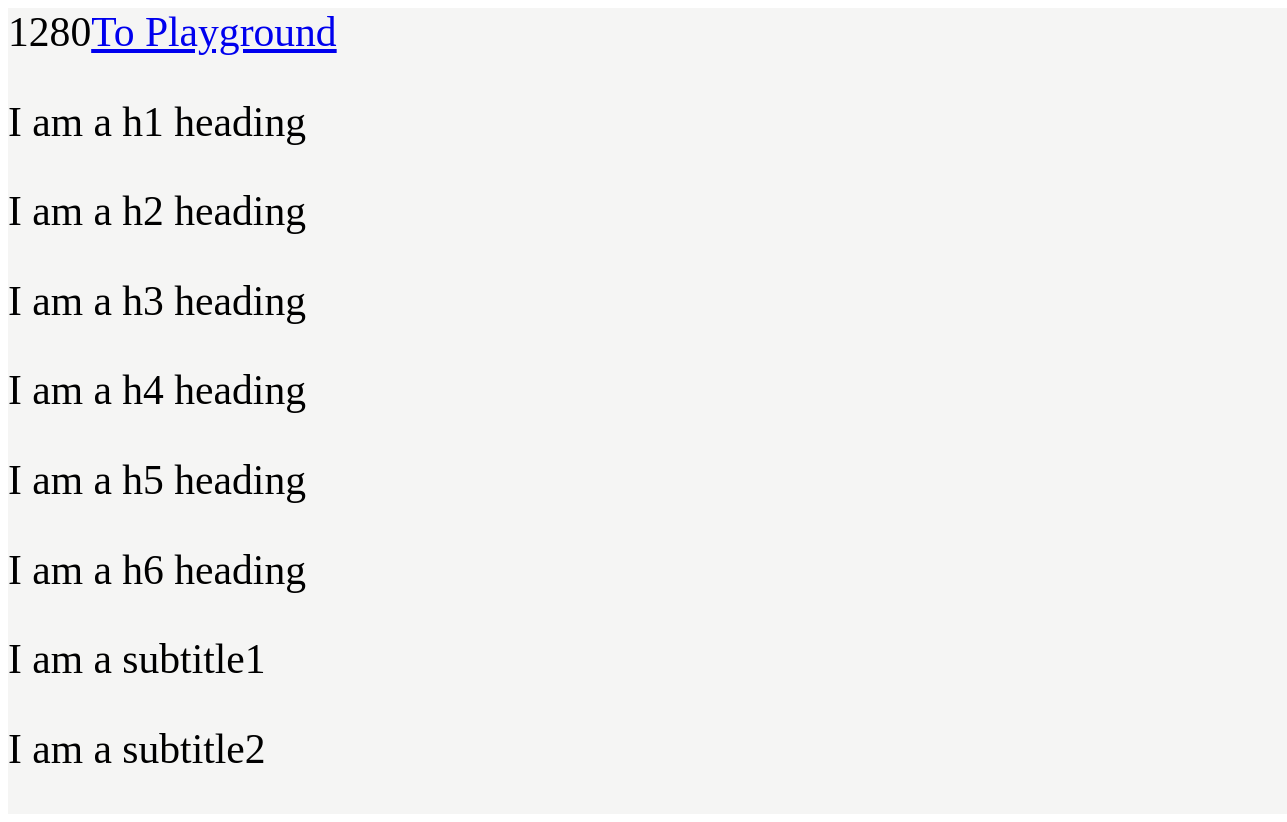
Repository: Terrycoco/coco-playground-starter
Page: /
An editor plug-in stored every save of this project. The page is shown before and after the next save, followed by the edit.
The browser window is 1280 px wide. The page is 1287 px wide, so the pictures cover 1287 px, including what lies to the right of the window. The pictures show the whole page.
Some web fonts or font styles are not loaded; a fallback is used. The project was rebuilt for these pictures with package versions that can differ from the ones it lists, and the page was loaded fresh each time. The framework's server and built-in components were replaced by stand-ins that run in the browser. Also part of the build but not shown: next.config.js, src/dev/components/dropdowns/ColorDropdown.js, src/dev/components/dropdowns/FontDropdown.js, src/dev/components/dropdowns/Dropdown.js.

Above is the page before, as saved 2023-02-16 13:59:30.

### src/pages/_app.js
import "@/styles/globals.css";
import Head from "next/head";
import { ThemeProvider, ViewportProvider } from "@/context";
import "../libraries/fontawesome";
import { fontVariables } from "@/utils/fonts";
import CSSVariables from "@/styles/CSSVariables";

export default function App({ Component, pageProps }) {
  return (
    <div className={fontVariables}>
      <ViewportProvider>
        <ThemeProvider key="themeprovider">
          <CSSVariables>
            <Head>
              <meta
                name="viewport"
                content="width=device-width, initial-scale=1.0"
              />
            </Head>

            <Component {...pageProps} />
          </CSSVariables>
        </ThemeProvider>
      </ViewportProvider>
    </div>
  );
}

### src/pages/index.js
import Head from "next/head";
import Image from "next/image";
import { Inter } from "@next/font/google";
import Link from "next/link";
import Page from "@/components/layout/Page";
//import styles from "@/styles/Home.module.css";

import { ColorDropdown } from "@/dev/components/dropdowns";

const inter = Inter({ subsets: ["latin"] });

export default function Home() {
  return (
    <>
      <Head>
        <title>Create Next App</title>
        <meta name="description" content="Generated by create next app" />
        <meta name="viewport" content="width=device-width, initial-scale=1" />
        <link rel="icon" href="/favicon.ico" />
      </Head>
      <main>
        <Page>
          <Link
            type="button"
            className="inline-block px-6 py-2.5 bg-blue-600 text-white font-medium text-xs leading-tight uppercase rounded shadow-md hover:bg-blue-700 hover:shadow-lg focus:bg-blue-700 focus:shadow-lg focus:outline-none focus:ring-0 active:bg-blue-800 active:shadow-lg transition duration-150 ease-in-out"
            href="/playground"
          >
            To Playground
          </Link>
          <section style={{ maxWidth: "600px" }}>
            <p key={Math.random()} elem="h1">
              I am a h1 heading
            </p>

            <p key={Math.random()} elem="h2">
              I am a h2 heading
            </p>
            <p key={Math.random()} elem="h3">
              I am a h3 heading
            </p>
            <p key={Math.random()} elem="h4">
              I am a h4 heading
            </p>

            <p key={Math.random()} elem="h5">
              I am a h5 heading
            </p>
            <p key={Math.random()} elem="h6">
              I am a h6 heading
            </p>
            <p key={Math.random()} elem="subtitle1">
              I am a subtitle1
            </p>
            <p key={Math.random()} elem="subtitle2">
              I am a subtitle2
            </p>
          </section>
        </Page>
      </main>
    </>
  );
}

### src/styles/globals.css
:root {
  --lg-mobile: 640px;
  --tablet: 768px;
  --laptop: 1028px;
  --desktop: 1280px;
  --tv: 1536px;

  font-size: clamp(1rem, 2vw + 1rem, 3rem);
}

/* @media screen and (min-width: 640px) {
  :root {
    font-size: clamp(0px, 1vw, 122px);
  }
}

@media screen and (min-width: 768px) {
  html {
    font-size: calc(1.8 * var(--base));
  }
}
@media screen and (min-width: 1028px) {
  html {
    font-size: calc(1.9 * var(--base));
  }
}
@media screen and (min-width: 1280px) {
  html {
    font-size: calc(2 * var(--base));
  }
}

@media screen and (min-width: 1536px) {
  html {
    font-size: calc(2.1 * var(--base));
  }
} */

/* :root {
  --max-width: 1100px;
  --border-radius: 12px;
  --font-mono: ui-monospace, Menlo, Monaco, "Cascadia Mono", "Segoe UI Mono",
    "Roboto Mono", "Oxygen Mono", "Ubuntu Monospace", "Source Code Pro",
    "Fira Mono", "Droid Sans Mono", "Courier New", monospace;

  --foreground-rgb: 0, 0, 0;
  --background-start-rgb: 214, 219, 220;
  --background-end-rgb: 255, 255, 255;

  --primary-glow: conic-gradient(
    from 180deg at 50% 50%,
    #16abff33 0deg,
    #0885ff33 55deg,
    #54d6ff33 120deg,
    #0071ff33 160deg,
    transparent 360deg
  );
  --secondary-glow: radial-gradient(
    rgba(255, 255, 255, 1),
    rgba(255, 255, 255, 0)
  );

  --tile-start-rgb: 239, 245, 249;
  --tile-end-rgb: 228, 232, 233;
  --tile-border: conic-gradient(
    #00000080,
    #00000040,
    #00000030,
    #00000020,
    #00000010,
    #00000010,
    #00000080
  );

  --callout-rgb: 238, 240, 241;
  --callout-border-rgb: 172, 175, 176;
  --card-rgb: 180, 185, 188;
  --card-border-rgb: 131, 134, 135;
}

@media (prefers-color-scheme: dark) {
  :root {
    --foreground-rgb: 255, 255, 255;
    --background-start-rgb: 0, 0, 0;
    --background-end-rgb: 0, 0, 0;

    --primary-glow: radial-gradient(rgba(1, 65, 255, 0.4), rgba(1, 65, 255, 0));
    --secondary-glow: linear-gradient(
      to bottom right,
      rgba(1, 65, 255, 0),
      rgba(1, 65, 255, 0),
      rgba(1, 65, 255, 0.3)
    );

    --tile-start-rgb: 2, 13, 46;
    --tile-end-rgb: 2, 5, 19;
    --tile-border: conic-gradient(
      #ffffff80,
      #ffffff40,
      #ffffff30,
      #ffffff20,
      #ffffff10,
      #ffffff10,
      #ffffff80
    );

    --callout-rgb: 20, 20, 20;
    --callout-border-rgb: 108, 108, 108;
    --card-rgb: 100, 100, 100;
    --card-border-rgb: 200, 200, 200;
  }
}

* {
  box-sizing: border-box;
  padding: 0;
  margin: 0;
}

html,
body {
  max-width: 100vw;
  overflow-x: hidden;
}

body {
  color: rgb(var(--foreground-rgb));
  background: linear-gradient(
      to bottom,
      transparent,
      rgb(var(--background-end-rgb))
    )
    rgb(var(--background-start-rgb));
}

a {
  color: inherit;
  text-decoration: none;
}

@media (prefers-color-scheme: dark) {
  html {
    color-scheme: dark;
  }
} */

### src/context/index.js
import { ThemeProvider } from "./ThemeContext";
import { ViewportProvider } from "./ViewportContext";

module.exports = { ThemeProvider, ViewportProvider };

### src/libraries/fontawesome.js
// import the library
import { library, config } from "@fortawesome/fontawesome-svg-core";

//import your icons
import { faSquare } from "@fortawesome/free-solid-svg-icons";

config.autoAddCss = false;

library.add(
  faSquare
  // more icons go here
);

### src/utils/fonts.js
import { toCamelCase, isOneOf } from "@/utils/strings";

//import from @next/font
import {
  Raleway,
  Inter,
  Space_Mono,
  Playfair_Display,
  Nunito,
  Rubik,
  Work_Sans,
  Quicksand,
  Karla,
  Josefin_Sans,
  //Noto_Sans_Bengali,
  Lora,
  Bitter,
  Roboto_Serif,
  //Noto_Serif_Bengali,
  // Noto_Sans_Display,
  // Noto_Serif_Display,
  Roboto_Mono,
  Comfortaa,
  Open_Sans,
  Oleo_Script,
  Sansita_Swashed,
  Roboto_Flex,
  Montserrat,
} from "@next/font/google";

//load each font (must do this manually UNFORTUNATELY!!!!)
const raleway = Raleway({
  subsets: ["latin"],
  variable: "--font-raleway",
});
const inter = Inter({
  subsets: ["latin"],
  variable: "--font-inter",
});
const spaceMono = Space_Mono({
  subsets: ["latin"],
  variable: "--font-space-mono",
  weight: "400",
});
const playfairDisplay = Playfair_Display({
  subsets: ["latin"],
  variable: "--font-playfair-display",
});
const nunito = Nunito({
  subsets: ["latin"],
  variable: "--font-nunito",
});
const rubik = Rubik({
  subsets: ["latin"],
  variable: "--font-rubik",
});
const workSans = Work_Sans({
  subsets: ["latin"],
  variable: "--font-work-sans",
});
const quicksand = Quicksand({
  subsets: ["latin"],
  variable: "--font-quicksand",
});
const karla = Karla({
  subsets: ["latin"],
  variable: "--font-karla",
});
const josefinSans = Josefin_Sans({
  subsets: ["latin"],
  variable: "--font-josefin-sans",
});
// const notoSansBengali = Noto_Sans_Bengali({
//   subsets: ["latin"],
//   variable: "--font-noto-sans-bengali",
// });
const lora = Lora({
  subsets: ["latin"],
  variable: "--font-lora",
});
const bitter = Bitter({
  subsets: ["latin"],
  variable: "--font-bitter",
});
const robotoSerif = Roboto_Serif({
  subsets: ["latin"],
  variable: "--font-roboto-serif",
});
// const notoSerifBengali = Noto_Serif_Bengali({
//   subsets: ["latin"],
//   variable: "--font-noto-serif-bengali",
// });

// const notoSansDisplay = Noto_Sans_Display({
//   subsets: ["latin"],
//   variable: "--font-noto-sans-display",
// });
// const notoSerifDisplay = Noto_Serif_Display({
//   subsets: ["latin"],
//   variable: "--font-noto-serif-display",
// });
const robotoMono = Roboto_Mono({
  subsets: ["latin"],
  variable: "--font-roboto_mono",
});
const comfortaa = Comfortaa({
  subsets: ["latin"],
  variable: "--font-comfortaa",
});
const openSans = Open_Sans({
  subsets: ["latin"],
  variable: "--font-open_sans",
});
const oleoScript = Oleo_Script({
  subsets: ["latin"],
  variable: "--font-oleo-script",
  weight: "400",
});
const sansitaSwashed = Sansita_Swashed({
  subsets: ["latin"],
  variable: "--font-sansita-swashed",
});
const robotoFlex = Roboto_Flex({
  subsets: ["latin"],
  variable: "--font-roboto-flex",
});
const montserrat = Montserrat({
  subsets: ["latin"],
  variable: "--font-montserrat",
});

//add the result to font list so we can access
const fonts = {
  raleway: {
    category: ["sans"],
    name: "Raleway",
    config: raleway,
  },
  inter: {
    category: ["sans"],
    name: "Inter",
    config: inter,
  },
  spaceMono: {
    category: ["mono"],
    name: "Space Mono",
    config: spaceMono,
  },
  playfairDisplay: {
    category: ["display"],
    name: "Playfair Display",
    config: playfairDisplay,
  },

  nunito: {
    category: ["sans"],
    name: "Nunito",
    config: nunito,
  },

  rubik: {
    category: ["sans"],
    name: "Rubik",
    config: rubik,
  },

  workSans: {
    category: ["sans"],
    name: "Work Sans",
    config: workSans,
  },
  quicksand: {
    category: ["sans"],
    name: "Quicksand",
    config: quicksand,
  },

  karla: {
    category: ["sans"],
    name: "Karla",
    config: karla,
  },
  josefinSans: {
    category: ["sans"],
    name: "Josefin Sans",
    config: josefinSans,
  },
  // notoSansBengali: {
  //   category: ["sans"],
  //   name: "Noto Sans Bengali",
  //   config: notoSansBengali,
  // },
  lora: {
    category: ["serif"],
    name: "Lora",
    config: lora,
  },
  bitter: {
    category: ["serif"],
    name: "Bitter",
    config: bitter,
  },
  robotoSerif: {
    category: ["serif"],
    name: "Roboto Serif",
    config: robotoSerif,
  },

  // notoSerifBengali: {
  //   category: ["serif"],
  //   name: "Noto Serif Bengali",
  //   config: notoSerifBengali,
  // },
  // notoSansDisplay: {
  //   category: ["display"],
  //   name: "Noto Sans Display",
  //   config: notoSansDisplay,
  // },
  // notoSerifDisplay: {
  //   category: ["display"],
  //   name: "Noto Serif Display",
  //   config: notoSerifDisplay,
  // },
  robotoMono: {
    category: ["mono"],
    name: "Roboto Mono",
    config: robotoMono,
  },
  comfortaa: {
    category: ["display"],
    name: "Comfortaa",
    config: comfortaa,
  },
  openSans: {
    category: ["display", "sans"],
    name: "Open Sans",
    config: openSans,
  },
  oleoScript: {
    category: ["display", "special"],
    name: "Oleo Script",
    config: oleoScript,
  },
  sansitaSwashed: {
    category: ["display", "special"],
    name: "Sansita Swashed",
    config: sansitaSwashed,
  },
  robotoFlex: {
    category: ["sans", "display", "special"],
    name: "Roboto Flex",
    config: robotoFlex,
  },
  montserrat: {
    category: ["sans", "display", "special"],
    name: "Montserrat",
    config: montserrat,
  },
};

//just return variables for use in _app (dev only)
const allFontVariables = () => {
  let result = ` `;
  for (const font in fonts) {
    result += `${fonts[font].config.variable} `;
  }
  return result;
};

//just return variables for use in _app (dev only)
const allFontClassNames = () => {
  let result = ` `;
  for (const font in fonts) {
    result += `${fonts[font].config.className} `;
  }
  return result;
};

const getFontsByCategory = () => {
  let result = {
    sans: [],
    serif: [],
    display: [],
    mono: [],
    special: [],
  };

  const fontKeys = Object.keys(fonts);

  fontKeys.forEach((fontkey) => {
    let fontObj = fonts[fontkey];

    for (const cat in fontObj.category) {
      let category = fontObj.category[cat];

      result[category].push(fontObj.name);
    }
  });

  result.sans.sort();
  result.serif.sort();
  result.display.sort();
  result.mono.sort();
  result.special.sort();
  // console.log("font list:", result);
  return result;
};

const getFontByName = (name) => {
  let varname = name.replace(" ", "");
  let key = varname[0].toLowerCase() + varname.substring(1);
  let obj = fonts[key];
  return obj;
};

const getFontClassName = (name) => {
  let obj = getFontByName(name);
  if (typeof obj === "object") {
    console.log(name, " classname:", obj.config.className);
    return obj.config.className;
  } else {
    return "";
  }
};

const getFontVariable = (name) => {
  let str = name.replaceAll(" ", "-").toLowerCase();
  return `var(--font-${str})`;
};

const getFontNameFromVar = (variable = "") => {
  if (variable.length === 0) return;
  let str = variable.slice(11, variable.length - 1);

  // TODO: futureproof list of theme categories
  if (isOneOf(str, ["body", "display", "special", "mono"])) {
    return str;
  }

  let words = str.split("-");
  words = words.map((word) => {
    return word[0].toUpperCase() + word.substring(1);
  });

  return words.join(" ");
};

const fontVariables = allFontVariables();
const fontClassNames = allFontClassNames();

export {
  getFontsByCategory,
  fontVariables,
  fontClassNames,
  fonts,
  getFontByName,
  getFontClassName,
  getFontVariable,
  getFontNameFromVar,
};

### src/styles/CSSVariables.js
//to create global CSS variables dependent on Theme
import styled from "styled-components";
import { useTheme } from "@/hooks";
import { fontVariables, getFontVariable } from "@/utils/fonts";

//TODO MAKE THIS DYNAMIC LOADING OF FONT CATEGORIES?
const Vars = styled.div`
  --font-body: ${(props) => props.theme.fonts.body};
  --font-display: ${(props) => props.theme.fonts.display};
  --font-special: ${(props) => props.theme.fonts.special};
  --font-mono: ${(props) => props.theme.fonts.mono};
  --clr-primary: ${(props) => props.theme.colors.primary};
  --clr-blackish75: ${(props) => props.theme.colors.blackish75};
  --base-font-size: "16px";
`;

const CSSVariables = (props) => {
  const { theme } = useTheme();
  return <Vars theme={theme}>{props.children}</Vars>;
};

export default CSSVariables;

### src/components/layout/Page.js
import styled from "styled-components";
import { useTheme, useViewport } from "@/hooks";

let StyledPage = styled.div`
  min-height: 100vh;
  width: calc(100vw - 1px);
  overflow-x: hidden;
  overflow-y: auto;
  z-index: 0;
  background-color: white;
`;

const Page = (props) => {
  const { theme } = useTheme();
  const { width } = useViewport();
  const breakpoint = 620;

  return (
    <StyledPage
      style={theme.layout.page}
      {...props}
      onClick={(e) =>
        props.onClick ? props.onClick(e, "layout", "page") : null
      }
    >
      {width}
      {props.children}
    </StyledPage>
  );
};

export default Page;

### src/dev/components/dropdowns/index.js
import ColorDropdown from "./ColorDropdown";
import FontDropdown from "./FontDropdown";
import Dropdown from "./Dropdown";

module.exports = { ColorDropdown, FontDropdown, Dropdown };

### src/context/ThemeContext.js
import { createContext, useState, useContext } from "react";
import { initVariants } from "@/dev/utils/colorUtils";
import { currentTheme as mytheme } from "@/themes";

//create context object with defaults
export const ThemeContext = createContext({
  theme: {},
  setTheme: () => {},
});

//export Provider
export function ThemeProvider(props) {
  const setTheme = (theme) => {
    setState({ ...state, theme: theme });
  };
  const initState = {
    theme: initVariants(mytheme),
    setTheme: setTheme,
  };

  const [state, setState] = useState(initState);
  // console.log("initialTheme: , ", state);
  return (
    <ThemeContext.Provider value={state}>
      {props.children}
    </ThemeContext.Provider>
  );
}

//export useContext hook
export function useTheme() {
  return useContext(ThemeContext);
}

### src/context/ViewportContext.js
import { useContext, createContext, useState, useEffect } from "react";

export const viewportContext = createContext({});

export const ViewportProvider = ({ children }) => {
  const [width, setWidth] = useState(0); //avoid window not defined error

  const handleWindowResize = () => {
    setWidth(window.innerWidth);
  };

  useEffect(() => {
    //lets set initial size here
    setWidth(window.innerWidth);
    //and listen for changes
    window.addEventListener("resize", handleWindowResize);

    return () => window.removeEventListener("resize", handleWindowResize);
  }, []);

  return (
    <viewportContext.Provider value={{ width }}>
      {children}
    </viewportContext.Provider>
  );
};

export const useViewport = () => {
  const { width } = useContext(viewportContext);
  return { width };
};

### src/utils/strings.js
export function toCamelCase(str) {
  return str
    .split(" ")
    .map(function (word, index) {
      // If it is the first word make sure to lowercase all the chars.
      if (index == 0) {
        return word.toLowerCase();
      }
      // If it is not the first word only upper case the first char and lowercase the rest.
      return word.charAt(0).toUpperCase() + word.slice(1).toLowerCase();
    })
    .join("");
}

export function isOneOf(yourString, arrayToSearch) {
  return arrayToSearch.some((substring) => yourString.includes(substring));
}

### src/hooks/index.js
import useTheme from "@/hooks/useTheme";
import useViewport from "@/hooks/useViewport";

module.exports = { useTheme, useViewport };

### src/dev/utils/colorUtils.js
const getPctOfHex = (hex, pct) => {
  //incoming pct is pct opacity of orig color
  let inverted = 100 - pct;
  //convert incoming to hsl
  let hsl = hexToHSL(hex);

  //current lightness is 0%;
  let currentLightPct = hsl.l;
  let remainingLightPct = 100 - currentLightPct;
  let onepct = remainingLightPct / 100;
  let desiredPct = onepct * inverted + currentLightPct;
  let result = HSLToHex(hsl.h, hsl.s, desiredPct);
  return result;
};

function hexToHSL(H) {
  // Convert hex to RGB first
  let r = 0,
    g = 0,
    b = 0;
  if (H.length == 4) {
    r = "0x" + H[1] + H[1];
    g = "0x" + H[2] + H[2];
    b = "0x" + H[3] + H[3];
  } else if (H.length == 7) {
    r = "0x" + H[1] + H[2];
    g = "0x" + H[3] + H[4];
    b = "0x" + H[5] + H[6];
  }
  // Then to HSL
  r /= 255;
  g /= 255;
  b /= 255;
  let cmin = Math.min(r, g, b),
    cmax = Math.max(r, g, b),
    delta = cmax - cmin,
    h = 0,
    s = 0,
    l = 0;

  if (delta == 0) h = 0;
  else if (cmax == r) h = ((g - b) / delta) % 6;
  else if (cmax == g) h = (b - r) / delta + 2;
  else h = (r - g) / delta + 4;

  h = Math.round(h * 60);

  if (h < 0) h += 360;

  l = (cmax + cmin) / 2;
  s = delta == 0 ? 0 : delta / (1 - Math.abs(2 * l - 1));
  s = +(s * 100).toFixed(1);
  l = +(l * 100).toFixed(1);

  return { h: h, s: s, l: l };
}

function HSLToHex(h, s, l) {
  s /= 100;
  l /= 100;

  let c = (1 - Math.abs(2 * l - 1)) * s,
    x = c * (1 - Math.abs(((h / 60) % 2) - 1)),
    m = l - c / 2,
    r = 0,
    g = 0,
    b = 0;

  if (0 <= h && h < 60) {
    r = c;
    g = x;
    b = 0;
  } else if (60 <= h && h < 120) {
    r = x;
    g = c;
    b = 0;
  } else if (120 <= h && h < 180) {
    r = 0;
    g = c;
    b = x;
  } else if (180 <= h && h < 240) {
    r = 0;
    g = x;
    b = c;
  } else if (240 <= h && h < 300) {
    r = x;
    g = 0;
    b = c;
  } else if (300 <= h && h < 360) {
    r = c;
    g = 0;
    b = x;
  }
  // Having obtained RGB, convert channels to hex
  r = Math.round((r + m) * 255).toString(16);
  g = Math.round((g + m) * 255).toString(16);
  b = Math.round((b + m) * 255).toString(16);

  // Prepend 0s, if necessary
  if (r.length == 1) r = "0" + r;
  if (g.length == 1) g = "0" + g;
  if (b.length == 1) b = "0" + b;

  return "#" + r + g + b;
}

const updateVariants = (category, passedtheme) => {
  let newtheme = Object.assign({}, passedtheme);
  //just reset theme variants for one base
  let hex = passedtheme.colors[category];
  let keys = [75, 50, 25, 10, 5];

  if (!newtheme.hasOwnProperty("colorVariants")) {
    newtheme.colorVariants = {};
  }

  let variantsObj = newtheme.colorVariants;

  keys.forEach((key) => {
    let val = getPctOfHex(hex, key);
    let newkey = `${category}${key}`;
    variantsObj[newkey] = val;
  });

  //passedtheme.colors[category] = variants;
  // console.log("variants updated: ", newtheme);
  return newtheme;
};

export const initVariants = (passedtheme) => {
  // let newtheme = Object.assign({}, passedtheme);

  const myColors = Object.keys(passedtheme.colors);
  let newtheme;

  for (const idx in myColors) {
    let category = myColors[idx];
    //not for error or whitish
    if (category !== "error" && category !== "whitish") {
      newtheme = updateVariants(category, passedtheme);
    }
  } //end for

  //console.log("variants initialized", newtheme);
  return newtheme;
};

### src/themes/index.js
import learn from "./learn.js";

let currentTheme = learn;

module.exports = { currentTheme };

### src/hooks/useTheme.js
import { useTheme } from "@/context/ThemeContext";

export default useTheme;

### src/hooks/useViewport.js
import { useViewport } from "@/context/ViewportContext";

export default useViewport;

### src/themes/learn.js
export const screens = {
  xs: 0,
  mobile: "var(--lg-mobile)",
  tablet: "var(--tablet)",
  laptop: "var(--laptop)",
  desktop: "var(--desktop)",
  tv: "var(--tv)",
};

export const colors = {
  primary: "#fc3a79",
  secondary: "#fe572e",
  blackish: "#261f22",
  whitish: "#f5f5f4",
  error: "#dc2626",
};

export const colorVariants = {};

export const fonts = {
  body: "var(--font-montserrat)",
  display: "var(--font-josefin-sans)",
  special: "var(--font-oleo-script)",
  mono: "var(--font-space-mono)",
};

export const text = {
  h1: {
    color: colors.blackish,
    fontFamily: "var(--font-display)",
    fontSize: "9.7rem",
    fontWeight: "lighter",
    lineHeight: 1,
    letterSpacing: "-1.5px",
    wordSpacing: "-5px",
  },
  h2: {
    color: colors.blackish,
    fontFamily: "var(--font-display)",
    fontSize: "6.1rem",
    fontWeight: "lighter",
    lineHeight: 1.1,
    letterSpacing: "-0.5px",
  },
  h3: {
    color: colors.blackish,
    fontFamily: "var(--font-display)",
    fontSize: "4.8rem",
    fontWeight: "normal",
    lineHeight: 1.4,
    letterSpacing: 0,
  },
  h4: {
    color: colors.blackish,
    fontFamily: "var(--font-display)",
    fontSize: "3.4rem",
    fontWeight: "normal",
    lineHeight: 1.4,
    letterSpacing: ".25px",
  },
  h5: {
    color: colors.blackish,
    fontFamily: "var(--font-display)",
    fontSize: "2.4rem",
    fontWeight: "normal",
    lineHeight: 1.4,
    letterSpacing: 0,
  },
  h6: {
    color: colors.blackish,
    fontFamily: "var(--font-display)",
    fontSize: "2rem",
    fontWeight: "medium",
    lineHeight: 1.4,
    letterSpacing: ".15px",
  },
  subtitle1: {
    color: colors.blackish,
    fontFamily: "var(--font-display)",
    fontSize: "1.6rem",
    fontWeight: "normal",
    lineHeight: 1.4,
    letterSpacing: ".15px",
  },
  subtitle2: {
    color: colors.blackish,
    fontFamily: "var(--font-display)",
    fontSize: "1.4rem",
    fontWeight: "medium",
    lineHeight: 1.4,
    letterSpacing: ".1px",
  },
};

export const layout = {
  page: {
    backgroundColor: colors.whitish,
  },
};

let theme = { screens, colors, colorVariants, fonts, text, layout };

export default theme;

Loaded but not shown: src/pages/_document.js (common file)

After the next save:
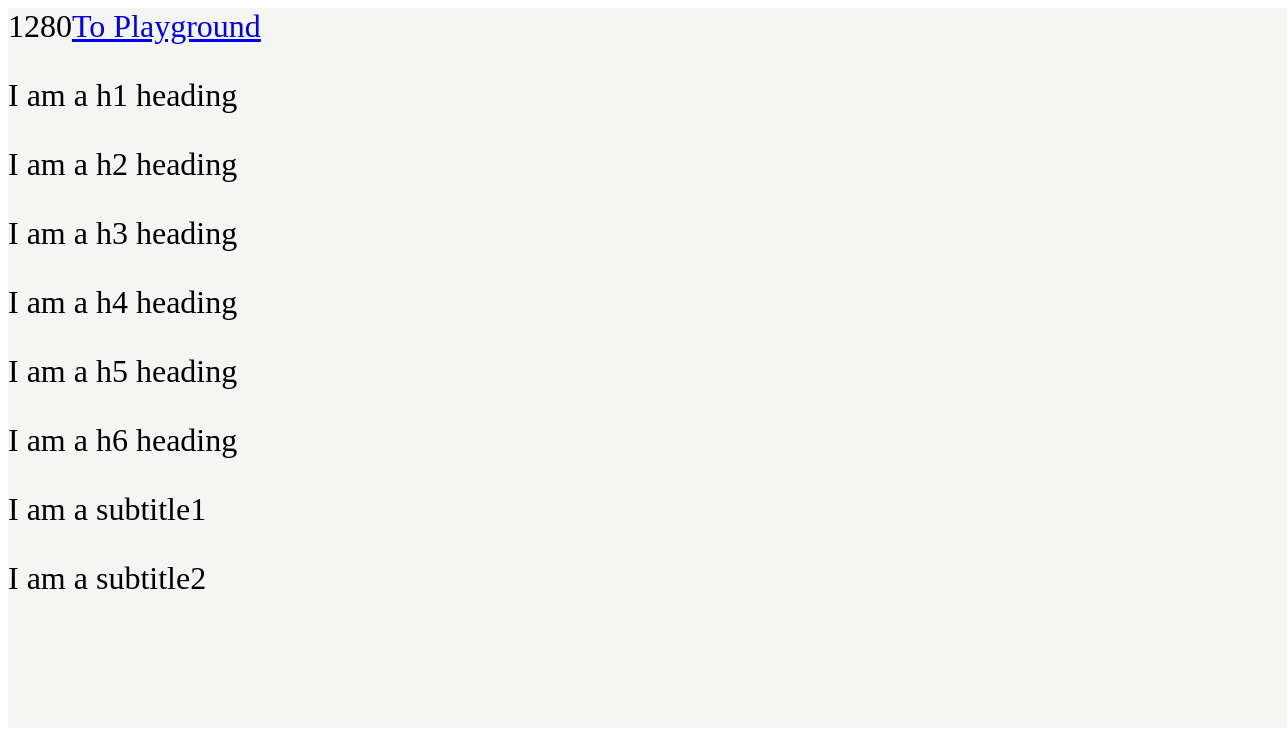
Saved 18 s later.
--- a/src/styles/globals.css
+++ b/src/styles/globals.css
@@ -5,7 +5,7 @@
   --desktop: 1280px;
   --tv: 1536px;
 
-  font-size: clamp(1rem, 2vw + 1rem, 3rem);
+  font-size: clamp(1rem, 2vw + 1rem, 2rem);
 }
 
 /* @media screen and (min-width: 640px) {
